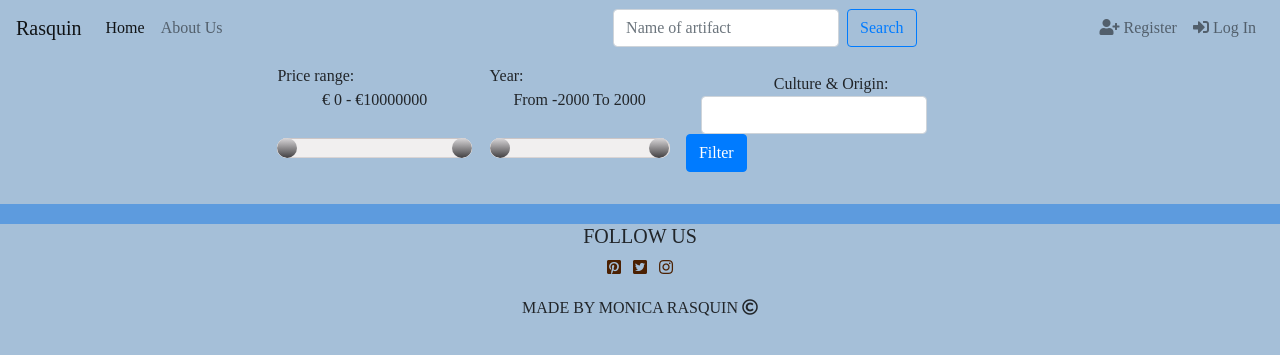
Repository: Rasquin/auction
Page: templates/base.html
The author's editor kept a record of every edit. The page is drawn from the files as they stood at one moment, then again after the next edit.
The browser window is 1280 px wide. The pictures show the whole page.
The template is drawn by Django 2.2. The application's start-up code is not run. Other server files are loaded and not shown. The template is opened directly, without the code that normally fills it, so the values that code supplies are empty.

Above is the page before.

### templates/base.html
<!DOCTYPE html>

{% load staticfiles %}


<html lang="en">

<head>
    <meta charset="UTF-8">
    <meta name="viewport" content="width=device-width, initial-scale=1.0">
    <meta http-equiv="X-UA-Compatible" content="ie=edge">

    <!-- favicon icon-->
	<link rel="shortcut icon" href="{% static 'icon/lizzy.ico' %}" />

    <!-- Bootstrap compiled and minified CSS -->
    <link rel="stylesheet" href="https://stackpath.bootstrapcdn.com/bootstrap/4.3.1/css/bootstrap.min.css" integrity="sha384-ggOyR0iXCbMQv3Xipma34MD+dH/1fQ784/j6cY/iJTQUOhcWr7x9JvoRxT2MZw1T" crossorigin="anonymous">

    <!-- Font Awesome compiled and minified CSS -->
    <link rel="stylesheet" href="{% static 'font-awesome/css/all.css' %}">



    <!-- Own CSS -->
    <link rel="stylesheet" href="{% static 'css/mystyle.css' %}" type="text/css" />


    <!-- Own Scripts -->
    <script type="text/javascript" src="{% static 'js/myscript.js' %}"></script>

    <title>{% block page_title %}{% endblock %}</title>

</head>


<body>
    <!-- NavBar area -->
    <nav class="navbar navbar-expand-lg navbar-light bg-light">
        <!-- NavBar Brand-->
        <a class="navbar-brand" href="#">Rasquin</a>
        <button class="navbar-toggler" type="button" data-toggle="collapse" data-target="#navbarSupportedContent" aria-controls="navbarSupportedContent" aria-expanded="false" aria-label="Toggle navigation">
            <span class="navbar-toggler-icon"></span>
        </button>

        <div class="collapse navbar-collapse" id="navbarSupportedContent">
            <!-- NavBar Home & ABout-->
            <ul class="navbar-nav mr-auto">
                <li class="nav-item active">
                    <a class="nav-link" href="{% url 'index' %}">Home <span class="sr-only">(current)</span></a>
                </li>
                <li class="nav-item">
                    <a class="nav-link" href="{% url 'about' %}">About Us</a>
                </li>

            </ul>
            <!-- NavBar Search -->
            <form action="{% url 'search_by_name' %}" method="get" class="form-inline my-2 my-lg-0 margin-search-form">
                {% csrf_token %}
                <input class="form-control mr-sm-2" id="artifact_name" name="artifact_name" required placeholder="Name of artifact" aria-label="Search">
                <button class="btn btn-outline-primary my-2 my-sm-0" type="search">Search</button>
            </form>
            <!-- NavBar User status-->
            <ul class="navbar-nav navbar-right">
                    {% if user.is_authenticated %}
                        <li class="nav-item">
                            <a class="nav-link" href="{% url 'profile' %}"><i class="fa fa-user"></i> Profile</a>
                        </li>
                        <li class="nav-item">
                            <a class="nav-link" href="{% url 'logout' %}"><i class="fa fa-sign-out-alt"></i> Log Out</a>
                        </li>
                        <li class="nav-item">
                            <a class="nav-link" href="{% url 'view_my_biddings' %}"><i class="fas fa-gavel"></i>My Biddings </a>
                        </li>
                    {%  else %}
                        <li class="nav-item">
                            <a class="nav-link" href="{% url 'register' %}"><i class="fa fa-user-plus"></i> Register</a>
                        </li>
                        <li class="nav-item">
                            <a class="nav-link" href="{% url 'login' %}"><i class="fa fa-sign-in-alt"></i> Log In</a>
                        </li>
                    {% endif %}
                </ul>
        </div>
    </nav>

    <!-- Filter area -->

    <nav class="navbar navbar-light justify-content-center">
        <form action="{% url 'filters' %}" method="get" class="form-inline">
            {% csrf_token %}
            <!-- Price Filter -->
            <div class="form-group mb-2" >
                <label for="amount">Price range:</label>

                <div class="col-11">
                    <section class="range-slider-price range-slider">
                        <span class="rangePriceValues rangeValues"></span>
                        <input value="0" min="0" max="10000000" step="5000" type="range" name="min_price">
                        <input value="10000000" min="0" max="10000000" step="5000" type="range" name="max_price">
                    </section>
                </div>
            </div>
            <!-- Year Filter -->
            <div class="form-group mb-2" >
                <label  for="amount">Year:</label>

                <div class="col-11">
                    <section class="range-slider-year range-slider">

                        <span class="rangeYearValues"></span>
                        <input value="-2000" min="-2000" max="2020" step="200" type="range" name="min_year">
                        <input value="2020" min="-2000" max="2020" step="200" type="range" name="max_year">
                    </section>
                </div>
            </div>
            <!-- Origin Filter -->
            <div class="form-group mb-2">
                <div class="col-11">
                <label for="origin">Culture & Origin:</label>
                <input type="text" class="form-control" id="artifact_origin" name="artifact_origin">
            </div>
            <!-- Filter Button -->

                <button class="btn btn-primary mb-2" type="search">Filter</button>


        </form>
    </nav>




    <!-- Messages area -->
    {% if messages %}
    <div class="alert alert-success">
            <div class="messages">
                {% for message in messages %}
                    {{ message }}
                {% endfor %}
            </div>
        </div>
    {% endif %}

    <!-- Content area -->
    <div class="container-general">

        <!-- Block content area -->
        <div class="container-fluid">
            {% block content %} {% endblock %}
        </div>

    </div>

    <!-- Footer area -->
    <footer class="container-fluid">


        <!-- SOCIAL MEDIA-->
        <div class="row ">
            <div class="col-12 text-center">
                <h5 class="text-uppercase">Follow Us</h5>
                <ul class="list-inline social-links">
                    <li class="list-inline-item"><a href="#"><i class="fab fa-pinterest-square"  aria-hidden="true"></i></a></li>
                    <li class="list-inline-item"><a href="#"><i class="fab fa-twitter-square" aria-hidden="true"></i></a></li>
                    <li class="list-inline-item"><a href="#"><i class="fab fa-instagram" aria-hidden="true"></i></a></li>
                </ul>
            </div>
        </div>

        <!--COPYRIGHT-->
        <div class="row ">
            <div class="col-12">

                <p class="text-center text-uppercase">Made by Monica Rasquin <i class="far fa-copyright"></i> </p>
            </div>
        </div>
    </footer>


    <!-- Bootstrap compiled and minified JavaScript -->
    <script src="https://code.jquery.com/jquery-3.3.1.slim.min.js" integrity="sha384-q8i/X+965DzO0rT7abK41JStQIAqVgRVzpbzo5smXKp4YfRvH+8abtTE1Pi6jizo" crossorigin="anonymous"></script>
    <script src="https://cdnjs.cloudflare.com/ajax/libs/popper.js/1.14.7/umd/popper.min.js" integrity="sha384-UO2eT0CpHqdSJQ6hJty5KVphtPhzWj9WO1clHTMGa3JDZwrnQq4sF86dIHNDz0W1" crossorigin="anonymous"></script>
    <script src="https://stackpath.bootstrapcdn.com/bootstrap/4.3.1/js/bootstrap.min.js" integrity="sha384-JjSmVgyd0p3pXB1rRibZUAYoIIy6OrQ6VrjIEaFf/nJGzIxFDsf4x0xIM+B07jRM" crossorigin="anonymous"></script>
    {% block head_js %} {% endblock %}

</body>
</html>

### static/js/myscript.js
//--------------------------------------Slider for Prices filter
function getPriceVals() {
    // Get slider price values
    var parent = this.parentNode;
    var slides = parent.getElementsByTagName("input");
    var slide1 = parseFloat(slides[0].value);
    var slide2 = parseFloat(slides[1].value);
    // Neither slider will clip the other, so make sure we determine which is larger
    if (slide1 > slide2) { var tmp = slide2;
        slide2 = slide1;
        slide1 = tmp; }

    var displayElement = parent.getElementsByClassName("rangePriceValues")[0];
    displayElement.innerHTML = "€ " + slide1 + " - €" + slide2;
}

//--------------------------------------Slider for Year filter
function getYearVals() {
    // Get Year slider values
    var parent = this.parentNode;
    var slides = parent.getElementsByTagName("input");
    var slide1 = parseFloat(slides[0].value);
    var slide2 = parseFloat(slides[1].value);
    // Neither slider will clip the other, so make sure we determine which is larger
    if (slide1 > slide2) { var tmp = slide2;
        slide2 = slide1;
        slide1 = tmp; }

    var displayElement = parent.getElementsByClassName("rangeYearValues")[0];
    displayElement.innerHTML = "From " + slide1 + " To " + slide2;
}

//----------------------------------------------- Initialize Sliders
window.onload = function() {
    // For Price
    var sliderSectionsPrice = document.getElementsByClassName("range-slider-price");
    for (var x = 0; x < sliderSectionsPrice.length; x++) {
        var slidersPrice = sliderSectionsPrice[x].getElementsByTagName("input");
        for (var y = 0; y < slidersPrice.length; y++) {
            if (slidersPrice[y].type === "range") {
                slidersPrice[y].oninput = getPriceVals;
                // Manually trigger event first time to display values
                slidersPrice[y].oninput();
            }
        }
    }
    // For Year
    var sliderSectionsYear = document.getElementsByClassName("range-slider-year");
    for (var x = 0; x < sliderSectionsYear.length; x++) {
        var slidersYear = sliderSectionsYear[x].getElementsByTagName("input");
        for (var y = 0; y < slidersYear.length; y++) {
            if (slidersYear[y].type === "range") {
                slidersYear[y].oninput = getYearVals;
                // Manually trigger event first time to display values
                slidersYear[y].oninput();
            }
        }
    }
}

Loaded but not shown: static/font-awesome/css/all.css (library); static/css/mystyle.css (common file)

After the next edit:
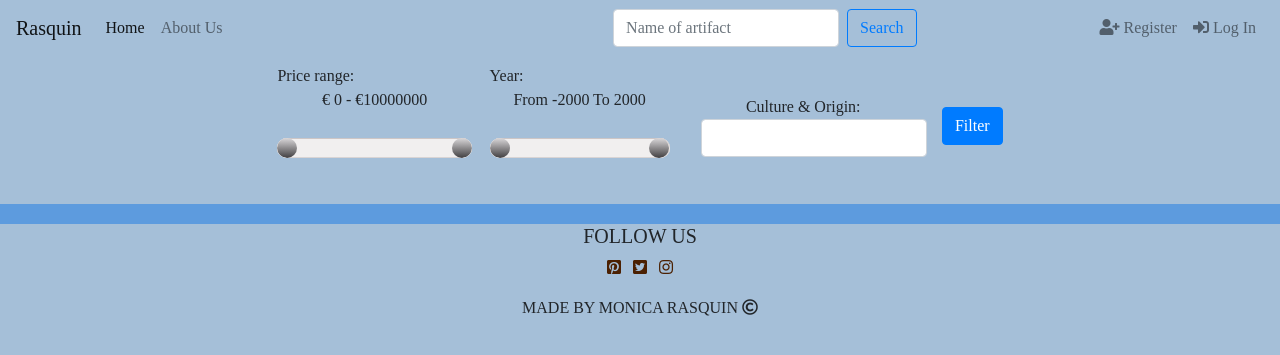
The edit:
--- a/templates/base.html
+++ b/templates/base.html
@@ -116,8 +116,9 @@
             <!-- Origin Filter -->
             <div class="form-group mb-2">
                 <div class="col-11">
-                <label for="origin">Culture & Origin:</label>
-                <input type="text" class="form-control" id="artifact_origin" name="artifact_origin">
+                    <label for="origin">Culture & Origin:</label>
+                    <input type="text" class="form-control" id="artifact_origin" name="artifact_origin">
+                </div>
             </div>
             <!-- Filter Button -->
 
